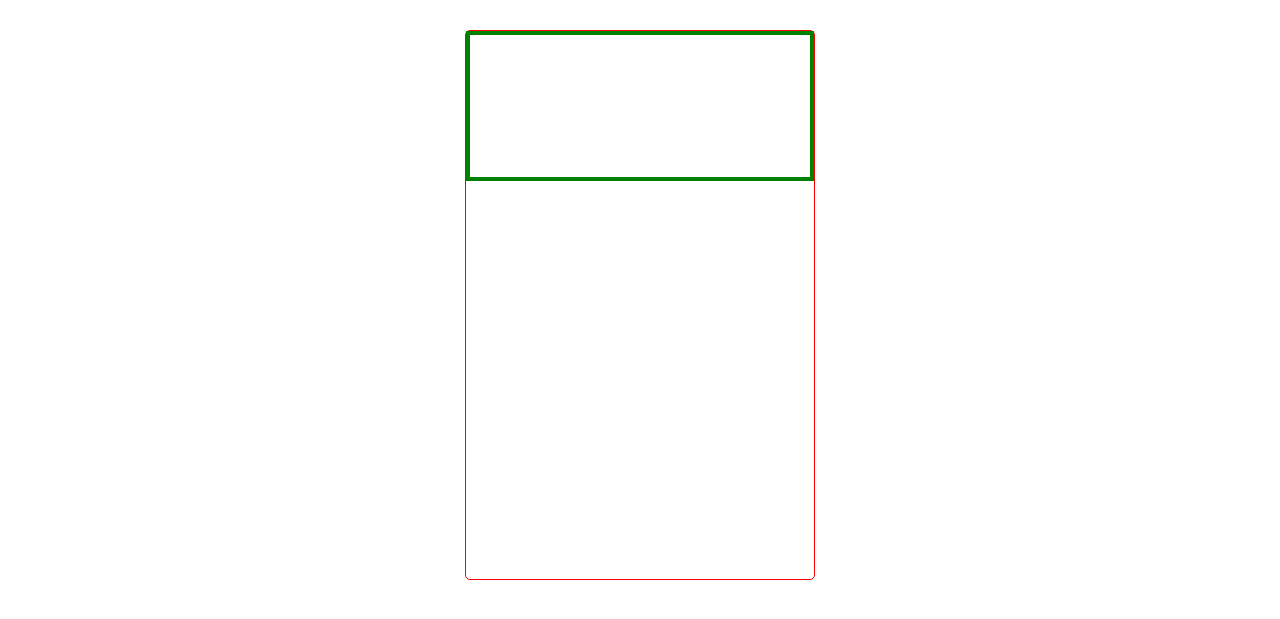
Repository: OfirLana/Calculator
Page: index.html
The author's editor kept a copy of each file at every save. The page is drawn from the files as they stood at one save, then again after a run of saves.
The browser window is 1280 px wide. The pictures show the whole page.

Above is the page before, as saved 2019-03-12 17:24:39.

After the next 2 saves:
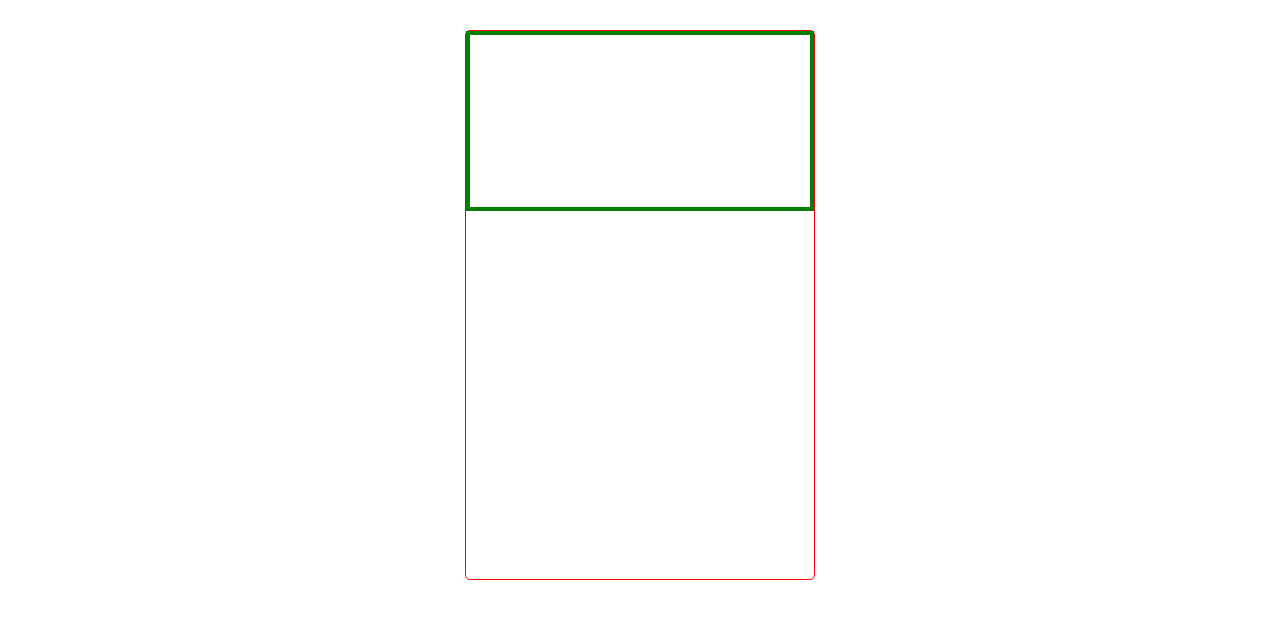
The 2 saves are shown as one change because they came seconds apart.
The last was saved 8 s later.
--- a/style.css
+++ b/style.css
@@ -29,7 +29,7 @@ body {
     .out_put_box{
         display:flex;
         flex-direction: column;
-        height:15rem;
+        height:18rem;
         border:4px solid green;
         width:100%;
 
